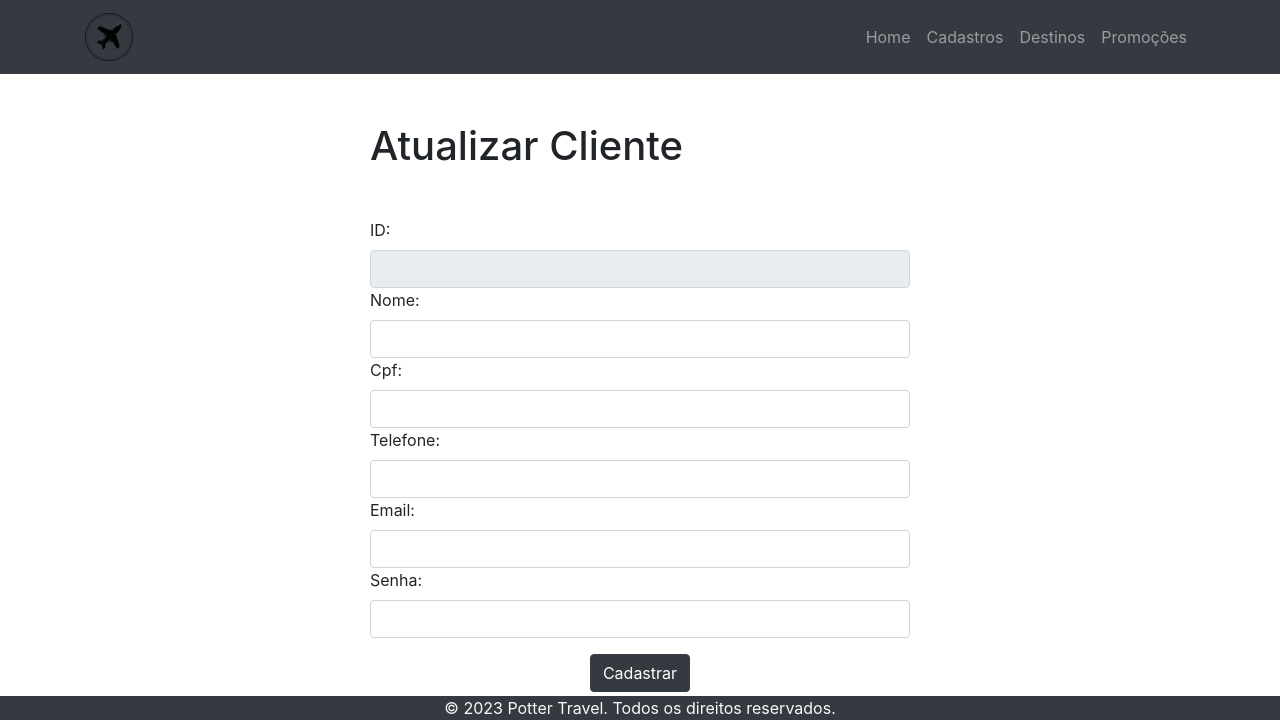
Repository: marcelledssantos/PotterTravel-MVC
Page: http://localhost/PotterTravel-MVC/atualizar.jsp
An editor plug-in stored every save of this project. The page is shown before and after the next save, followed by the edit.
The browser window is 1280 px wide. The pictures show the whole page.
Some web libraries are served in a nearby version. The page is served by Tomcat 9. Other server files are loaded and not shown. The template is opened directly, without the code that normally fills it, so the values that code supplies are empty.

Above is the page before, as saved 2023-11-03 00:44:46.

### PotterTravel-MVC/src/main/webapp/atualizar.jsp
<%@ page language="java" contentType="text/html; charset=UTF-8"
	pageEncoding="UTF-8"%>
	<%@ taglib uri="http://java.sun.com/jsp/jstl/core" prefix="jstl"%>
<!DOCTYPE html>
<html>
<head>
<meta charset="UTF-8">
<link rel="icon" type="image/x-icon" href="./icon/favicon.ico">
<link rel="stylesheet" href="https://maxcdn.bootstrapcdn.com/bootstrap/4.5.2/css/bootstrap.min.css">
<title>Update</title>
</head>
<body>
    <!-- Cabeçalho -->
  <header>
		<nav class="navbar navbar-expand-lg navbar-dark  bg-dark text-light">
			<div class="container">
				<a class="navbar-brand" href="#"><img src="./Icon/aviao.png"
					height="48px"></a>
				<button class="navbar-toggler" type="button" data-toggle="collapse"
					data-target="#navbarNav" aria-controls="navbarNav"
					aria-expanded="false" aria-label="Toggle navigation">
					<span class="navbar-toggler-icon"></span>
				</button>
				<div class="collapse navbar-collapse" id="navbarNav">
					<ul class="navbar-nav ml-auto">
						<li class="nav-item"><a class="nav-link" href="index.html">Home</a>
						</li>
						<li class="nav-item"><a class="nav-link"
							href="./ReadController">Cadastros</a></li>
						<li class="nav-item"><a class="nav-link" href="#">Destinos</a></li>
						<li class="nav-item"><a class="nav-link" href="#">Promoções</a>
						</li>
					</ul>
				</div>
			</div>
		</nav>
	</header>

	<div class="container">
		<div class="row justify-content-center">
			<div class="col-md-6">
				<h1 class="mt-5" >Atualizar Cliente</h1>
				<form class="mt-5" action="UpdateController" method="post">

					<div class="form-group">

						<label for="nome">ID:</label> <input type="text"
							class="form-control" id="id" name="id" value="${cliente.id}" readonly>

						<label for="nome">Nome:</label> <input type="text" class="form-control" id="nome" name="nome" required>

						<label for="nome">Cpf:</label> <input type="text" class="form-control"
							id="cpf" name="cpf" required>

						<label for="nome">Telefone:</label> <input type="text" class="form-control" id="telefone"
							name="telefone" required>

						<label for="login">Email:</label> <input type="email" class="form-control" id="email" name="email"
							required>

						<label for="senha">Senha:</label> <input type="password" class="form-control" id="senha" name="senha"required>

					</div>

					<div class="col-12 text-center">
						<button type="submit" class="btn btn-dark mx auto">Cadastrar</button>
					</div>

				</form>
			</div>
		</div>
	</div>

	 <!-- Rodapé -->

	<footer class="bg-dark text-light text-center mt -5 fixed-bottom">
		&copy; 2023 Potter Travel. Todos os direitos reservados. </footer>


	<script src="https://code.jquery.com/jquery-3.5.1.slim.min.js"></script>
	<script
		src="https://cdn.jsdelivr.net/npm/@popperjs/core@2.5.3/dist/umd/popper.min.js"></script>
	<script
		src="https://maxcdn.bootstrapcdn.com/bootstrap/4.5.2/js/bootstrap.min.js"></script>

</body>
</html>

After the next save:
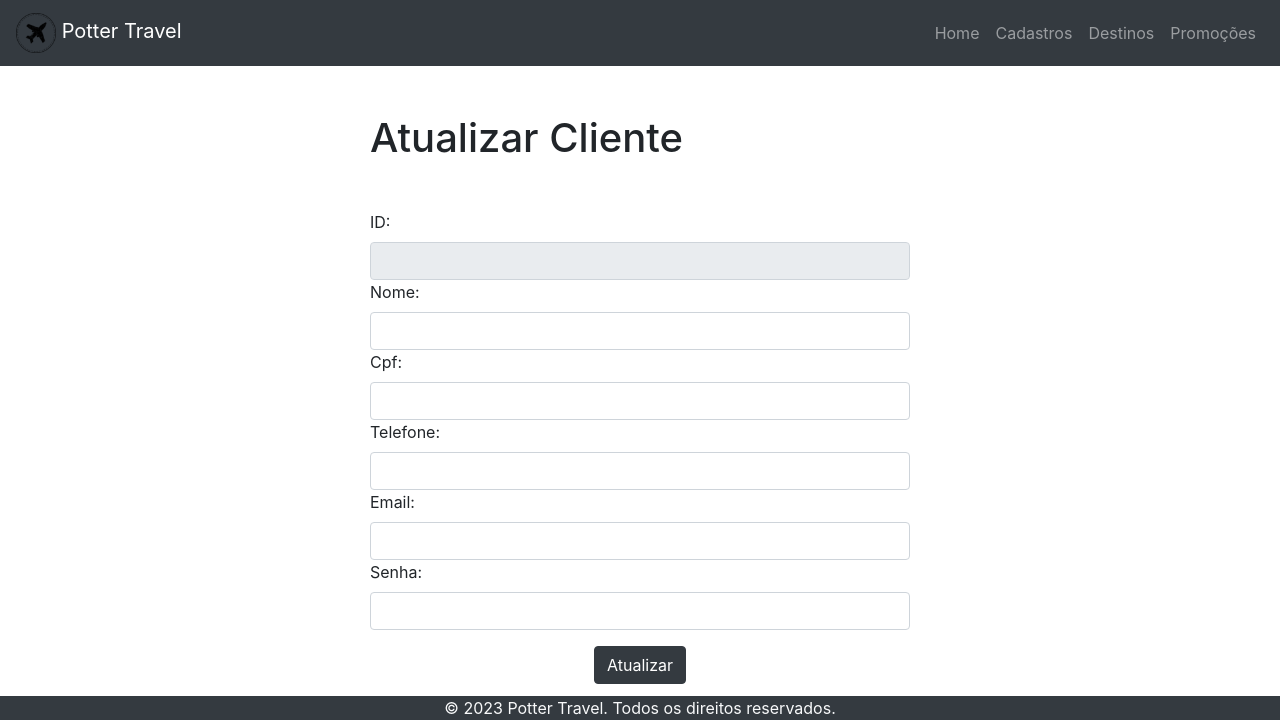
Saved 42 s later.
--- a/PotterTravel-MVC/src/main/webapp/atualizar.jsp
+++ b/PotterTravel-MVC/src/main/webapp/atualizar.jsp
@@ -11,16 +11,15 @@
 </head>
 <body>
     <!-- Cabeçalho -->
-  <header>
+   <header>
 		<nav class="navbar navbar-expand-lg navbar-dark  bg-dark text-light">
-			<div class="container">
-				<a class="navbar-brand" href="#"><img src="./Icon/aviao.png"
-					height="48px"></a>
-				<button class="navbar-toggler" type="button" data-toggle="collapse"
-					data-target="#navbarNav" aria-controls="navbarNav"
-					aria-expanded="false" aria-label="Toggle navigation">
-					<span class="navbar-toggler-icon"></span>
-				</button>
+			 <a class="navbar-brand" href="#">
+            <img src="Icon/aviao.png" width="40" height="40" class="d-inline-block align-center" alt="Logo">
+            Potter Travel</a>
+        <button class="navbar-toggler" type="button" data-toggle="collapse" data-target="#navbarNav"
+            aria-controls="navbarNav" aria-expanded="false" aria-label="Toggle navigation">
+            <span class="navbar-toggler-icon"></span>
+        </button>
 				<div class="collapse navbar-collapse" id="navbarNav">
 					<ul class="navbar-nav ml-auto">
 						<li class="nav-item"><a class="nav-link" href="index.html">Home</a>
@@ -63,7 +62,7 @@
 					</div>
 
 					<div class="col-12 text-center">
-						<button type="submit" class="btn btn-dark mx auto">Cadastrar</button>
+						<button type="submit" class="btn btn-dark mx auto">Atualizar</button>
 					</div>
 
 				</form>
